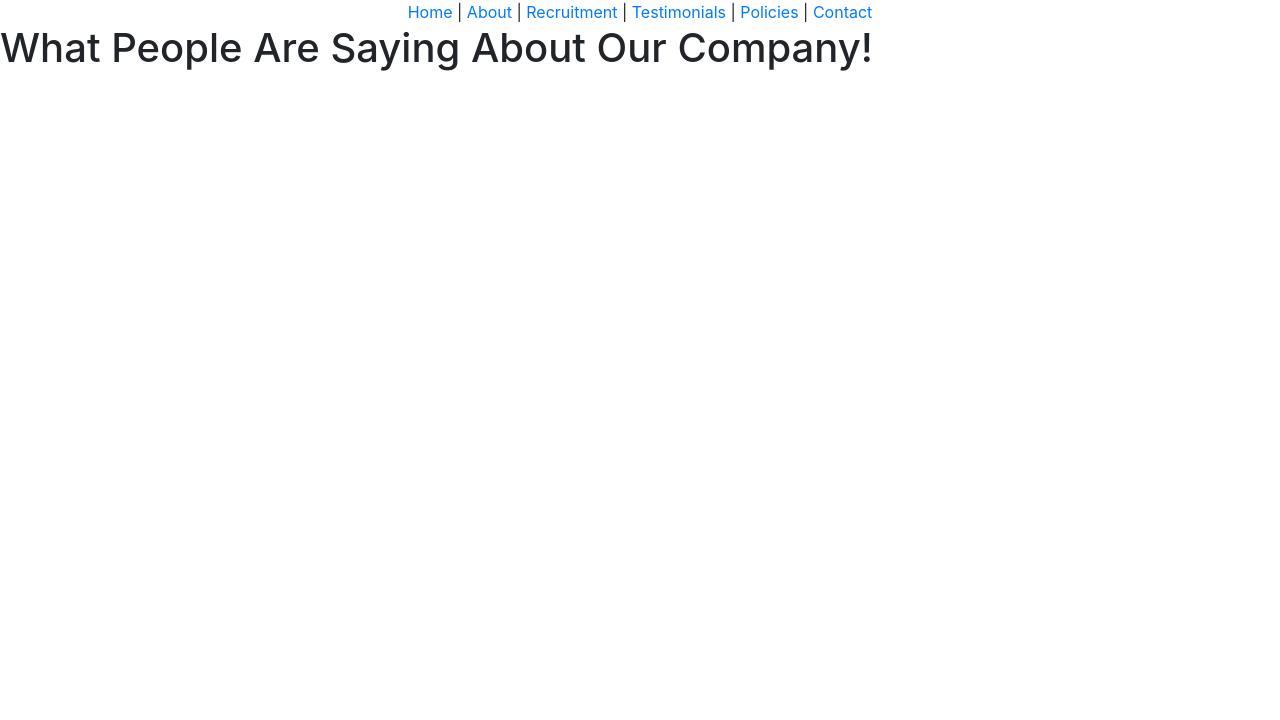
Repository: cerebrium/website
Page: /testimonials
These files come from the project's save history. The page is drawn as it stood at one moment and after the next save; the edit follows.
The browser window is 1280 px wide. The pictures show the whole page.
The project was rebuilt for these pictures with package versions that can differ from the ones it lists, and the page was loaded fresh each time. Also part of the build but not shown: src/Routes/About.jsx, src/Routes/Recruitment.jsx, src/Routes/Policies.jsx, src/Routes/Home.jsx, src/Routes/Contact.jsx.

Above is the page before, as saved 2019-11-02 11:52:04.

### src/App.jsx
import React from 'react';
import './styles/App.css'
import {
  BrowserRouter as Router,
  Route,
  Link
} from 'react-router-dom';
import About from './Routes/About'
import Recruitment from './Routes/Recruitment'
import Testimonials from './Routes/Testimonials'
import Policies from './Routes/Policies'
import Home from './Routes/Home'
import Contact from './Routes/Contact'

class App extends React.Component {
  render () {
    return (
      <Router>
        <div className='appContainer'>
          <div className='navContainer'>
            <nav><Link to='/' >Home</Link> {' | '} <Link to='/about' >About</Link> | <Link to='/recruitment' >Recruitment</Link> | <Link to='/testimonials' >Testimonials</Link> | <Link to='/policies' >Policies</Link> | <Link to='/contact'>Contact</Link></nav>
          </div>
          <Route exact path='/' component={Home}/>
          <Route exact path='/about' component={About}/>
          <Route exact path='/recruitment' component={Recruitment}/>
          <Route exact path='/testimonials' component={Testimonials}/>
          <Route exact path='/policies' component={Policies}/>
          <Route exact path='/contact' component={Contact}/>
        </div>
      </Router>
    )
  }
}

export default App;

### src/styles/App.css
.App {
  text-align: center;
}

.navContainer {
  display: flex;
  justify-content: center;
}

nav {

}

### src/Routes/Testimonials.jsx
import React from 'react';

class Testimonials extends React.Component {
    render () {
        return (
            <div className='testimonialsPageMainDiv'>
                <h1>What People Are Saying About Our Company!</h1>
            </div>
        )
    }
}

export default Testimonials;

### src/styles/Home.css
.homePageMainDiv {
    display: flex;
    min-width: 100vh;
}

.rowCentering {
    display: flex;
    justify-content: center;
}

h1 {

}

Loaded but not shown: public/index.html (common file); src/index.js (common file); src/index.css (common file); src/serviceWorker.js (common file)

After the next save:
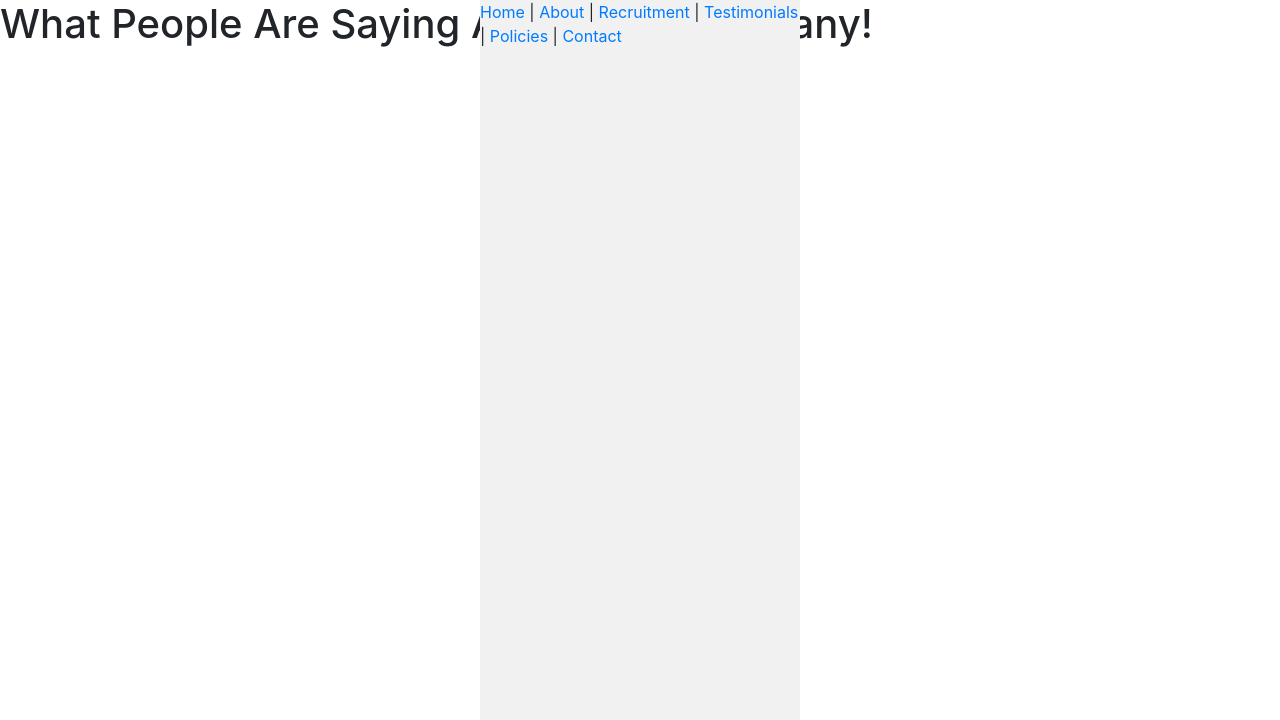
Saved 10 min 37 s later.
--- a/src/styles/App.css
+++ b/src/styles/App.css
@@ -8,5 +8,11 @@
 }
 
 nav {
-
+  margin: 0;
+  padding: 0;
+  width: 25%;
+  background-color: #f1f1f1;
+  height: 100%; /* Full height */
+  position: fixed; /* Make it stick, even on scroll */
+  overflow: auto;
 }
